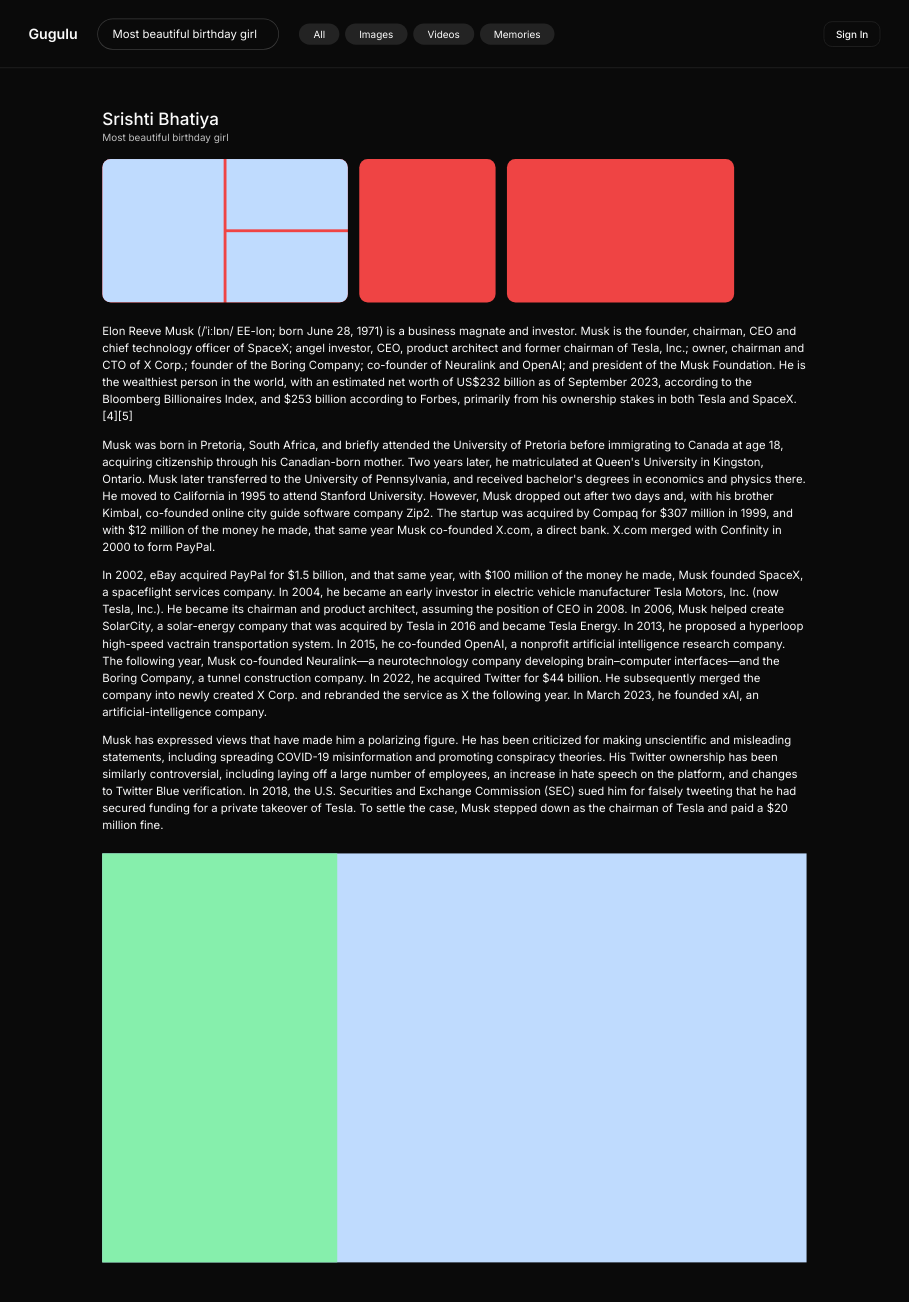
Repository: Harshgoel17/anshfinal
Page: /srishti
An editor plug-in stored every save of this project. The page is shown before and after the next save, followed by the edit.
The browser window is 1280 px wide. The pictures show the whole page, at 71% of full size.
The project was rebuilt for these pictures with package versions that can differ from the ones it lists, and the page was loaded fresh each time. The framework's server and built-in components were replaced by stand-ins that run in the browser. Also part of the build but not shown: next.config.js.

Above is the page before, as saved 2023-10-04 21:02:02.

After the next save:
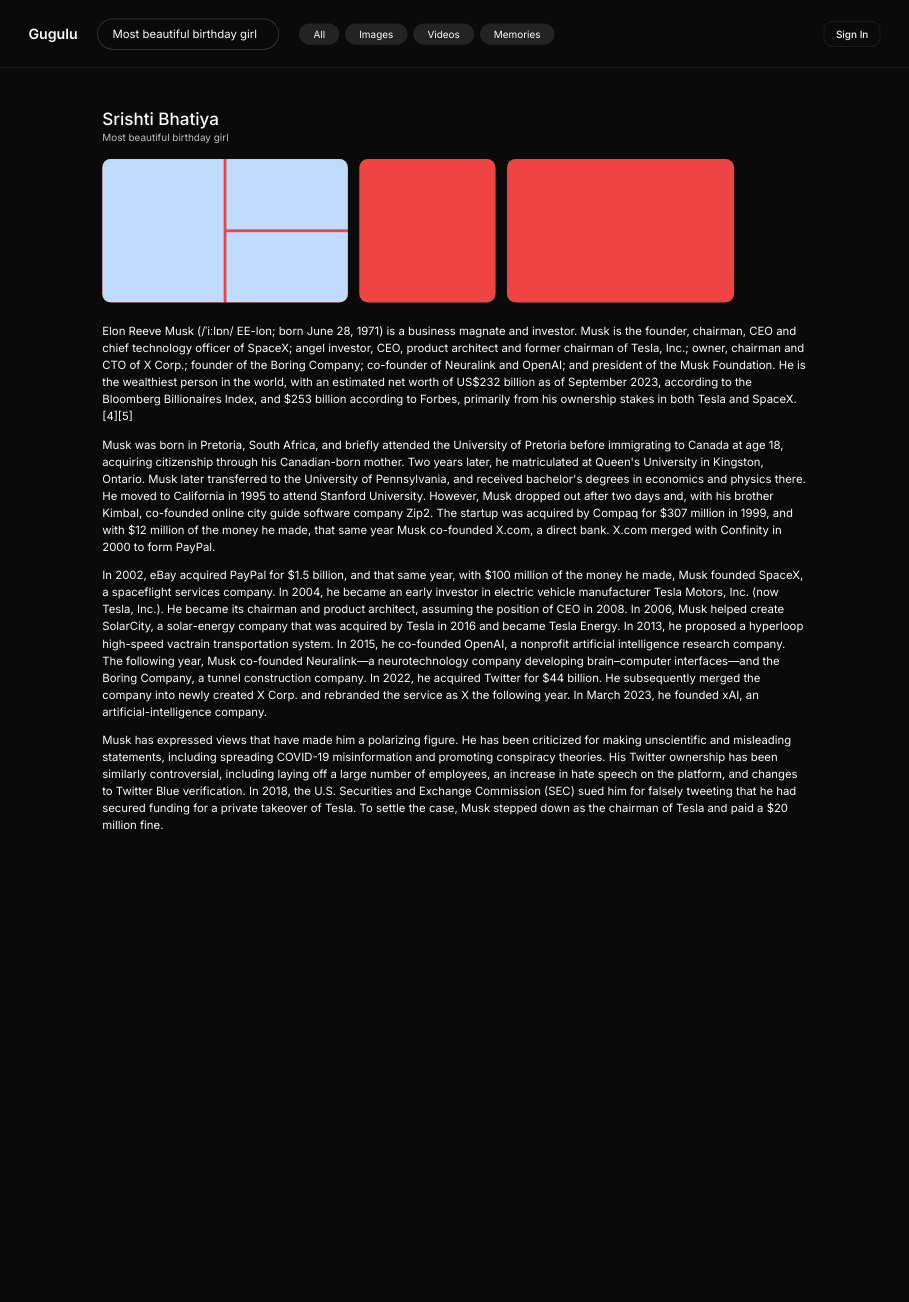
Saved 10 s later.
--- a/components/Gallery.jsx
+++ b/components/Gallery.jsx
@@ -2,8 +2,8 @@
 
 const Gallery = () => {
   return (
-    <div>
-        <div className='grid grid-cols-3 h-[80vh]  bg-blue-200'>
+    <div className='h-[80vh]'>
+        <div className='grid grid-cols-3   bg-blue-200'>
         <div className='flex flex-col h-full w-full bg-green-300'>
             <span className=''></span>
         </div>

After the save that followed:
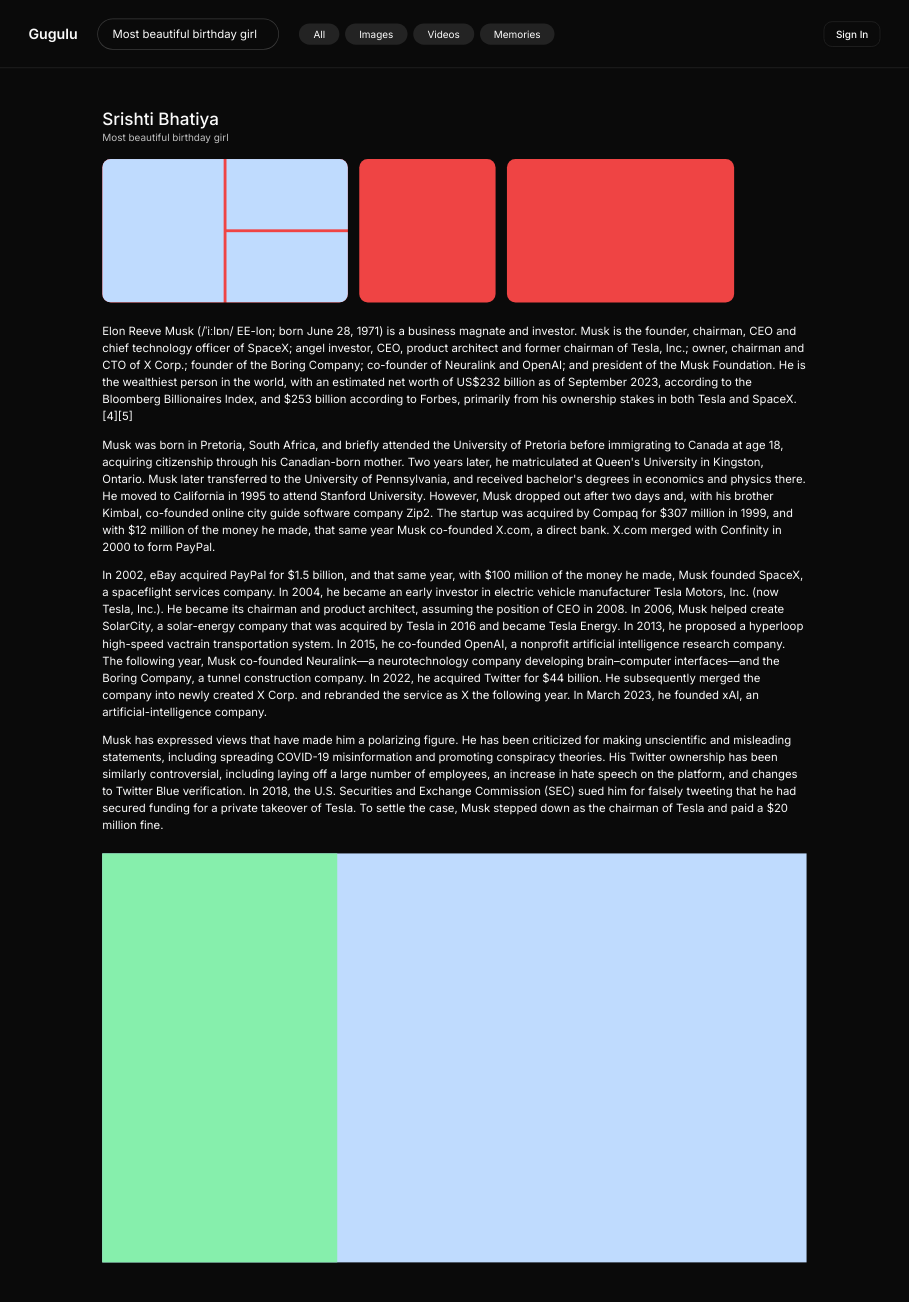
Saved 7 s later.
--- a/components/Gallery.jsx
+++ b/components/Gallery.jsx
@@ -2,8 +2,8 @@
 
 const Gallery = () => {
   return (
-    <div className='h-[80vh]'>
-        <div className='grid grid-cols-3   bg-blue-200'>
+    <div className='h-[80vh] '>
+        <div className='grid grid-cols-3 h-full  bg-blue-200'>
         <div className='flex flex-col h-full w-full bg-green-300'>
             <span className=''></span>
         </div>
